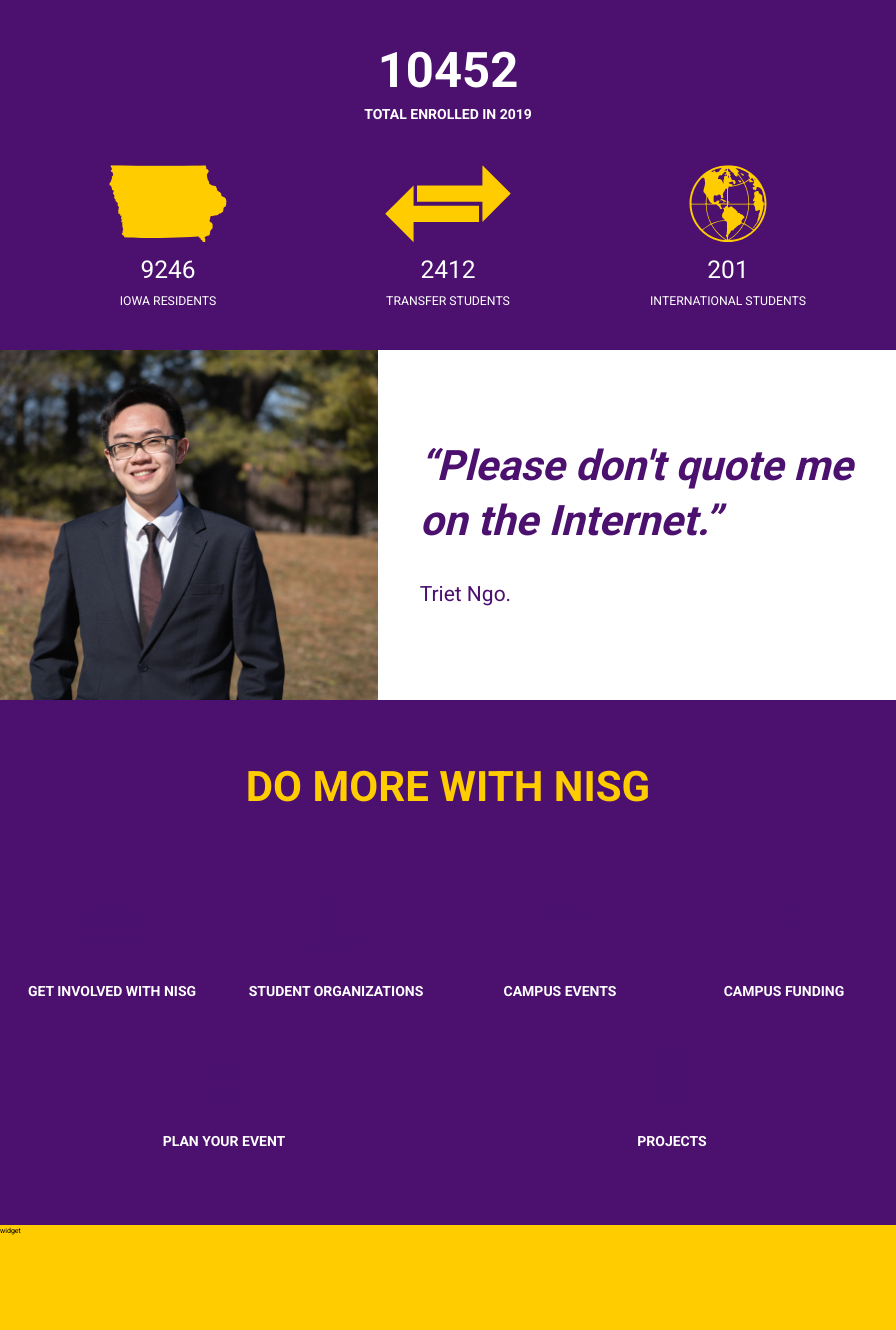
Repository: trietngo/nisg
Page: index.html
These files come from the project's save history. The page is drawn as it stood at one moment and after the next save; the edit follows.
The browser window is 1280 px wide. The pictures show the part of the page from y = 720 to 2620 px (the page is 3270 px tall), at 70% of full size.
Some web fonts or font styles are not loaded; a fallback is used. The style sheet was rebuilt from its Sass, Less or Tailwind sources for each picture, by a compiler version that may differ from the author's.

Above is the page before, as saved 2020-08-29 15:24:41.

After the next save:
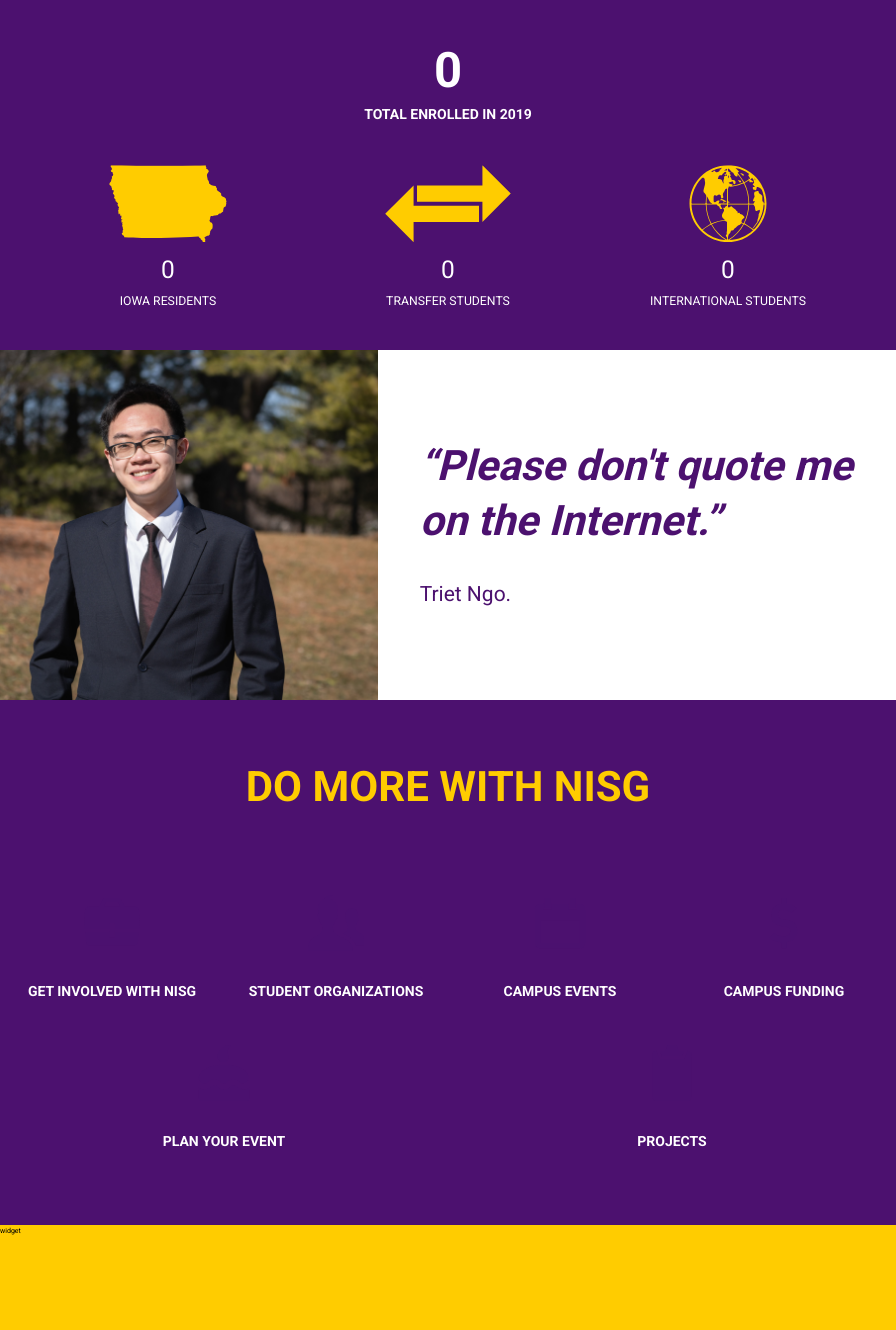
Console error: ReferenceError: commaSeperator is not defined
Saved 10 s later.
--- a/script.js
+++ b/script.js
@@ -1,11 +1,5 @@
 const counters = document.querySelectorAll(".counter"); // Select all elements with "counter" class
 const speed = 200;
-
-const commaSeperator = (int) => {
-    if (int.length > 3) {
-        int = int.substr(0, int.length - 3) + ',' + int.substr(int.length - 3, 3);
-    }
-};
 
 counters.forEach(counter => {
 

After the 3 saves that followed:
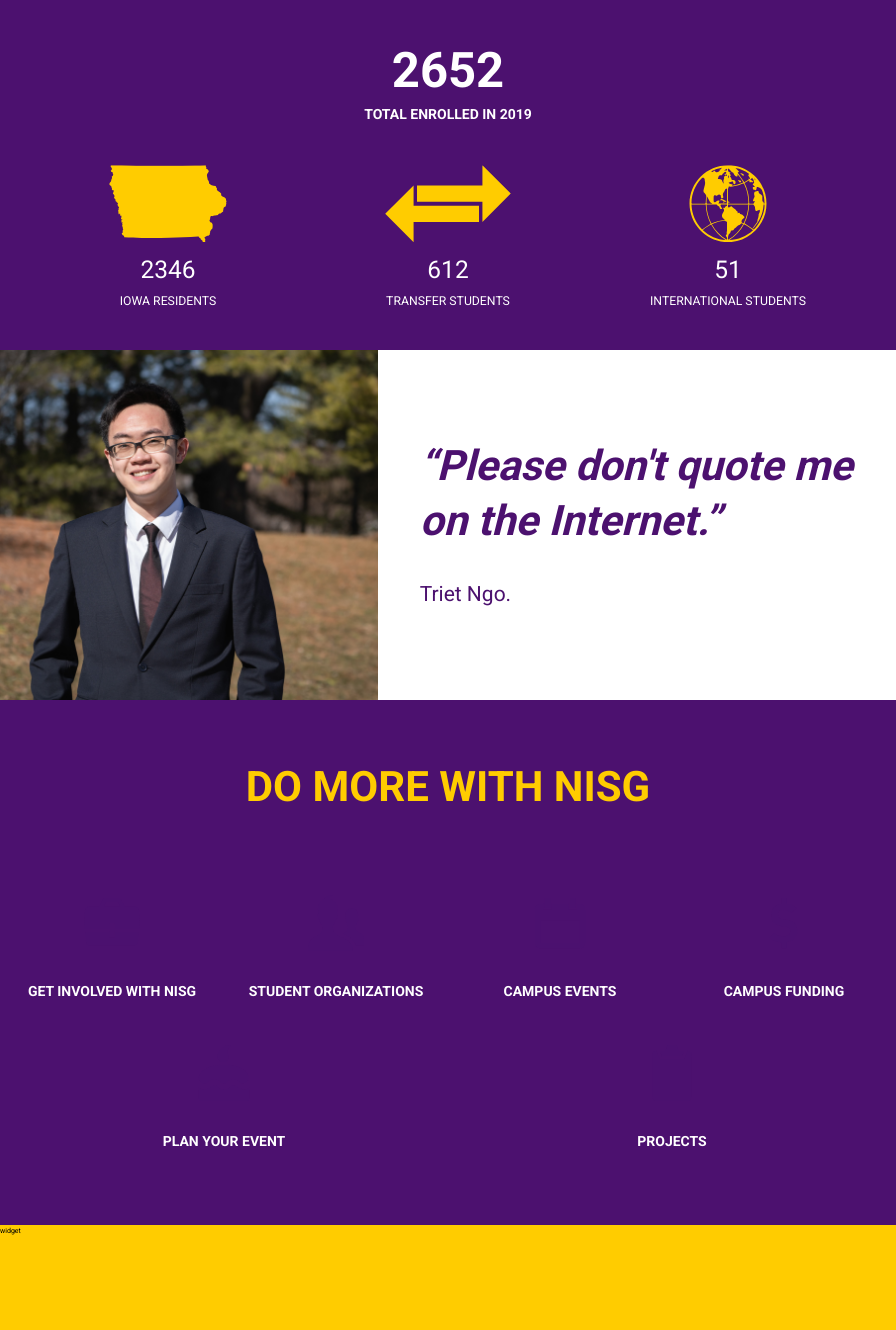
The error is gone.
The 3 saves are shown as one change because 1 left the picture as it was and some came seconds apart.
The last was saved 13 s later.
--- a/script.js
+++ b/script.js
@@ -9,13 +9,15 @@
 
         const inc = Math.floor(target / speed); //increment
 
-        commaSeperator(counter.innerText);
-
         if (count < target) {
             counter.innerText = count + inc;
-            setTimeout(updateCount, 25);
+            setTimeout(updateCount, 100);
         } else {
             counter.innerText = target;
+
+            if (counter.innerText.length > 3) {
+                counter.innerText = counter.innerText.substr(0, counter.innerText.length - 3) + ',' + counter.innerText.substr(counter.innerText.length - 3, 3);
+            }
         }
 
     }
